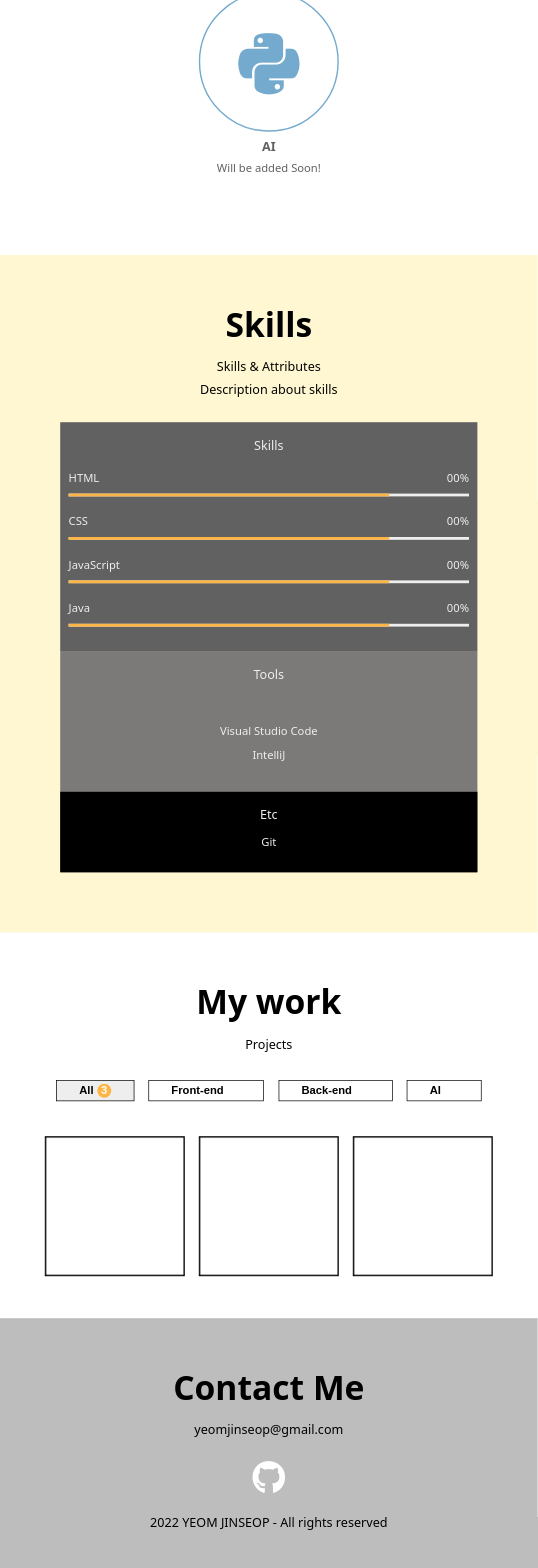
Repository: YEOMJINSEOP/yeomjinseop.github.io
Page: index.html
These files come from the project's save history. The page is drawn as it stood at one moment and after the next save; the edit follows.
The browser window is 768 px wide. The pictures show the part of the page from y = 1463 to 3703 px (the page is 3703 px tall before and 3699 px after), at 70% of full size.
Some web libraries are served in a nearby version.

Above is the page before, as saved 2022-08-18 22:20:02.

### index.html
<!DOCTYPE html>
<html lang="en">
<head>
  <meta charset="UTF-8">
  <meta http-equiv="X-UA-Compatible" content="IE=edge">
  <meta name="viewport" content="width=device-width, initial-scale=1.0">
  <title>Jinseop's Portfolio</title>
  <meta name="author" content="Jinseop Yeom">
  <meta name="description" content="Portfolio Website For Jinseop Yeom">

  <!--Logo Image-->
  <link rel="icon" type="image/png" href="images/favicon.png">


  <!--Font Awesome-->
  <script src="https://kit.fontawesome.com/d24b25bb21.js" crossorigin="anonymous"></script>

  <!--Google Fonts-->
  <link rel="preconnect" href="https://fonts.googleapis.com">
  <link rel="preconnect" href="https://fonts.gstatic.com" crossorigin>
  <link href="https://fonts.googleapis.com/css2?family=Open+Sans:wght@400;600;700&display=swap" rel="stylesheet">

  <!--CSS-->
  <link rel="stylesheet" href="style.css">

  <!--JavaScript-->
  <script src="main.js" defer></script>

</head>
<body>
  <!--Navbar-->
  <nav id="navbar">
    <div class="navbar__logo">
      <i class="fa-solid fa-utensils"></i>
      <a href="#">Yeom JinSeop</a>
    </div>
    <div>
      <ul class="navbar__menu">
        <li class="navbar__menu__item" data-link = "#home">Home</li>
        <li class="navbar__menu__item" data-link = "#about">About</li>
        <li class="navbar__menu__item" data-link = "#skills">Skill</li>
        <li class="navbar__menu__item" data-link = "#work">My work</li>
        <li class="navbar__menu__item" data-link = "#contact">Contact</li>
      </ul>
    </div>

      <!-- Toggle button -->
  <button class="toggle__button">
    <i class="fa-solid fa-bars"></i>
  </button>
  </nav>

  <!-- Home -->
  <section id="home" class="section">
    <div class="home__container">
      <img src="/images/whileimage.png" alt="Jinseop's image" class="home__avatar">
      <h1 class="home__title">Welcome! <br/> Jinseop's Portfolio</h1>
      <h3 class="home__description">Type Home Description Here.</h3>
      <button class="home__button">Contact Me</button>
    </div>
  </section>

  <!--About-->
  <section id="about" class="section">
    <div class="section__container">
      <h1>About me</h1>
      <p>Wrtie about me here.</p>

      <div class="about__majors">

        <div class="major">
          <div class="major__icon">
            <i class="fa-brands fa-html5"></i>
          </div>
          <div class="major__title">
            Front-end
          </div>
          <div class="major__description">
            HTML, CSS, JavaScript
          </div>
        </div>

        <div class="major">
          <div class="major__icon">
            <i class="fa-solid fa-server"></i>
          </div>
          <div class="major__title">
            Back-end
          </div>
          <div class="major__description">
            Java, Spring
          </div>
        </div>


        <div class="major">
          <div class="major__icon">
            <i class="fa-brands fa-python"></i>
          </div>
          <div class="major__title">
            AI
          </div>
          <div class="major__description">
            Will be added Soon!
          </div>
        </div>

      </div>
    </div>
  </section>

  <!--Skills-->
  <section id="skills" class="section">
    <div class="section__container">
      <h1>Skills</h1>
    <h3>Skills & Attributes</h3>
    <p>Description about skills</p>
    <div class="skillset">
      <div class="skillset__left">
        <h3 class="skillset__title">Skills</h3>
        <div class="skill">
          <div class="skill__description">
            <span>HTML</span>
            <span>00%</span>
          </div>

          <div class="skill__bar">
            <div class="skill__value"></div>
          </div>
        </div>

        <div class="skill">
          <div class="skill__description">
            <span>CSS</span>
            <span>00%</span>
          </div>

          <div class="skill__bar">
            <div class="skill__value"></div>
          </div>

          <div class="skill">
            <div class="skill__description">
              <span>JavaScript</span>
              <span>00%</span>
            </div>

            <div class="skill__bar">
              <div class="skill__value"></div>
            </div>
          </div>
        </div>

        <div class="skill">
          <div class="skill__description">
            <span>Java</span>
            <span>00%</span>
          </div>

          <div class="skill__bar">
            <div class="skill__value"></div>
          </div>
        </div>
      </div>

      <div class="skillset__right">
        <div class="tools">
          <h3 class="skillset__title">Tools</h3>
          <ul class="tools__list">
            <li><span>Visual Studio Code</span></li>
            <li><span>IntelliJ</span></li>
          </ul>
        </div>

        <div class="etc">
          <h3 class="skillset__title">Etc</h3>
          <ul class="etc__list">
            <li><span>Git</span></li>
          </ul>
        </div>
      </div>
    </div>
    </div>
  </section>

  <!--Work-->
  <section id="work" class="section">
   <div class="section__container">
    <h1>My work</h1>
    <h3>Projects</h3>
    <div class="work__categories">
      <button class="category__btn active" data-filter="*">All<span class="category__count">3</span></button>
      <button class="category__btn" data-filter="front-end">Front-end<span class="category__count">1</span></button>
      <button class="category__btn" data-filter="back-end">Back-end<span class="category__count">1</span></button>
      <button class="category__btn" data-filter="ai">AI<span class="category__count">1</span></button>
    </div>

    <div class="work__projects">
      <a href="#" class="project" data-type="front-end" target="blank">
        <img src="images/whileimage.png" alt="project image" class="project__image">
        <div class="project__description">
          <h3>Project Name</h3>
          <span>Description about Project</span>
        </div>
      </a>

      <a href="#" class="project" data-type="back-end" target="blank">
        <img src="images/whileimage.png" alt="project image" class="project__image">
        <div class="project__description">
          <h3>Project Name</h3>
          <span>Description about Project</span>
        </div>
      </a>

      <a href="#" class="project" data-type="ai" target="blank">
        <img src="images/whileimage.png" alt="project image" class="project__image">
        <div class="project__description">
          <h3>Project Name</h3>
          <span>Description about Project</span>
        </div>
      </a>
    </div>
   </div>
  </section>

  <!--Testimonial-->
  <!-- <section id="testimonial" class="section">
    <h1>Testimonial</h1>
    <h3>See What They Say About Me</h3>
    <div class="testimonials">
      <div class="testimonial">
        <img src="" alt="Person Image" class="testimonial__avatar">
        <div class="testimonial__speech_bubble">
          <p>Recommendation Talk Here.</p>
          <p class="name"><a href="#">Professor A</a></p>
        </div>
      </div>

      <div class="testimonial">
        <img src="" alt="Person Image" class="testimonial__avatar">
        <div class="testimonial__speech_bubble">
          <p>Recommendation Talk Here.</p>
          <p class="name"><a href="#">Professor A</a></p>
        </div>
      </div>
    </div>
  </section> -->

  <!--Contact-->
  <section id="contact" class="section">
    <h1>Contact Me</h1>
    <h3>yeomjinseop@gmail.com</h3>
    <div class="contact_links">
      <a href="https://github.com/YEOMJINSEOP" target="blank">
        <i class = "fab fa-github"></i>
      </a>
    </div>
    <p class="contact_rights">
      2022 YEOM JINSEOP - All rights reserved
    </p>
  </section>

  <!-- Arrow-up Button -->
  <button class="arrow_up">
    <i class="fa-solid fa-arrow-up"></i>
  </button>
</body>
</html>

### style.css
 /* Global */

 :root{
  /* Color */
  --color-white: #ffffff;
  --color-light-white: #eeeeee;
  --color-dark-white: #bdbdbd;
  --color-pink: #fe918d;
  --color-dark-pink: #ff6863;
  --color-deep-pink: #FF8ACA;
  --color-black: #4d4d4d;
  --color-grey: #616161;
  --color-light-gray: #7c7979;
  --color-blue: #73aace;
  --color-yellow: #fff7d1;
  --color-light-yellow: #FBFAE2;
  --color-orange: #feb546;
  --color-black: #000000;
  --color-yellow-green: #BEEBA9;
  --color-sky-blue: #A9D7EB;
  --color-deep-blue: #4280EB;
  --color-dark-deep-blue: #627BA3;

  /* Font size */
  --font-large: 48px;
  --font-medium: 28px;
  --font-regular: 18px;
  --font-small: 16px;
  --font-micro: 14px;


  /* Font Weight */
  --weight-bold: 700;
  --weight-semi-bold: 600;
  --weight-regular: 400;

  /* Size */
  --size-border-radius: 4px;

  /* Animation */
  --animation-duration: 300ms;

 }

 /* Universal tages */
 * {
  box-sizing: border-box;
 }

 body{
  margin: 0;
  font-family:system-ui, -apple-system, BlinkMacSystemFont, 'Segoe UI', Roboto, Oxygen, Ubuntu, Cantarell, 'Open Sans', 'Helvetica Neue', sans-serif;
  cursor: default;
}

 a{
  text-decoration: none;
  color: var(--color-white);
 }

 ul{
  list-style: none;
  padding-left: 0;
 }

 button{
  background-color: transparent;
  border: none;
  cursor: pointer;
 }



 /* Typography */

 h1{
  font-size: var(--font-large);
  font-weight: var(--weight-bold);
  color: var(--color-black);
  margin: 16px 0;
 }

 h2{
  font-size: var(--font-medium);
  font-weight: var(--weight-semi-bold);
  color: var(--color-black);
  margin: 8px 0;
 }

 h3{
  font-size: var(--font-regular);
  font-weight: var(--weight-regular);
  color: var(--color-black);
  margin: 8px 0;
 }

 p{
  font-size: var(--font-regular);
  font-weight:  var(--font-regular);
  color: var(--color-black);
  margin: 4px 0;
 }

 /* Body  */

 /* Nav */
 #navbar{
  display: flex;
  position: fixed;
  width: 100%;
  justify-content: space-between;
  align-items: center;
  background-color: transparent;
  color: var(--color-white);
  padding: 2px;
  transition: all var(--animation-duration) ease-in-out;
  z-index: 1;
 }

 #navbar.navbar__dark{
  background-color: var(--color-deep-blue);
 }

 .navbar__logo{
  font-size: var(--font-medium);
  font-weight: var(--weight-semi-bold);
  padding: 8px 12px;
 }

 .navbar__menu{
  display: flex;
  font-size: var(--font-small);
  font-weight: var(--weight-regular);
 }

 .navbar__menu__item{
  padding: 8px 12px;
  margin: 0 4px;
  border-radius: var(--size-border-radius);
  cursor: pointer;
  border: 1px solid transparent;
 }

 .navbar__menu__item:hover{
  background-color: var(--color-dark-deep-blue);
  border-color: var(--color-white);
 }

 /* Home */

 #home{
  background-color: var(--color-sky-blue);
  background-position: center;
  background-repeat: no-repeat;
  background-size: cover;
  padding-top: 150px;
  text-align: center;
 }

 .home__avatar{
  border: 2px solid var(--color-white);
  border-radius: 50%;
  width: 200px;
  height: 200px;
 }

 .home__title,
 .home__description{
  font-size: var(--font-medium);
  color: var(--color-white);
  padding: 4px;
 }

 .home__button{
  border: 1px solid var(--color-white);
  padding: 8px 12px;
  margin-top: 8px;
  color: var(--color-white);
 }

.home__button:hover{
  background-color: var(--color-deep-blue);
}

/* Section Common */
.section{
  padding: 50px;
  text-align: center;
}

.section__contatiner{
  max-width: 1200px;
}

/* About */

.about__majors{
  display: flex;
  justify-content: center;
  margin: 8px 12px;
  padding: 12px;
}

.major{
  margin: 8px 24px;
}

.major__icon{
  height: 200px;
  width: 200px;
  font-size: 100px;
  line-height: 200px;
  border: 2px solid var(--color-blue);
  border-radius: 50%;
  color: var(--color-blue);
  margin: 8px 12px;
  transition: all var(--animation-duration) linear;
}

.major__icon:hover{
  color: var(--color-orange);
  border-color: var(--color-orange);
}

.major__icon:hover i{
  transform: scale(120%);
}


.major__title {
  font-size: var(--font-regular);
  font-weight: var(--weight-semi-bold);
  color:var(--color-grey);
  margin: 8px;;
}

.major__description{
  font-size: var(--font-small);
  color: var(--color-grey);
}

.about__jobs{
  margin: 12px 0;
}

.job{
  display: flex;
  align-items: center;
}

.job__logo{
  padding: 8px;
  margin: 4px 12px;
}

.job__name{
  font-size: var(--font-small);
}

.job__description{
  font-size: var(--font-micro);
}

/* Skill */

#skills{
  background-color: var(--color-yellow);
}
.skillset{
  display: flex;
  justify-content: center;
  margin: 12px 12px;
  padding: 24px;
  color: var(--color-light-white);
}

.skillset__left{
  padding: 12px;
  flex-basis: 60%;
  background-color: var(--color-grey);
}

.skill{
  margin: 24px 0;
}

.skill__description{
  display: flex;
  justify-content: space-between;
}

.skillset__title{
  color: var(--color-light-white);
  margin: 8px 0;
}

.skill__bar{
  width: 100%;
  height: 4px;
  background-color: var(--color-light-white);
  margin: 12px 0;
}

.skill__value{
  width: 80%;
  /* width는 html에 style로 넣어서 각각 지정하기! */
  height: 4px;
  background-color: var(--color-orange);
}


.skillset__right{
  flex-basis:40%;
  background-color: var(--color-light-gray);
}

.tools{
  padding: 12px;
  height:200px;
}

.tools__list{
  padding: 30px 0;
}

.tools__list li{
  margin: 12px;
}


.etc{
  background-color: var(--color-black);
  height: 115px;
  padding: 12px;
}

/* Work */

.work__categories{
  margin: 24px 0 ;
  padding: 12px 0;
}

.category__btn{
  border: 1px solid var(--color-black);
  background-color: var(--color-white);
  padding: 4px 32px;
  margin: 4px 8px;
  font-size: var(--font-small);
  font-weight: var(--weight-semi-bold);
}

.category__btn.active{
  background-color: var(--color-light-white);
}

.category__btn.active .category__count{
  opacity: 1;
  transform: translateY(0);
}

.category__btn:hover {
  background-color: var(--color-light-white);
}

.category__btn:hover .category__count{
  opacity: 1;
  transform: translateY(0);
}

.category__count{
  width:  20px;
  height: 20px;
  line-height: 20px;
  color: var(--color-white);
  margin-left: 5px;
  background-color: var(--color-orange);
  display: inline-block;
  border-radius: 50%;
  opacity: 0;
  transition: all var(--animation-duration) ease-in;
  transform: translateY(-10px);
}

.work__projects{
  display: flex;
  flex-wrap:wrap;
  align-items: center;
  justify-content: center;
  opacity: 1;
  transition: all var(--animation-duration) ease-out;
}

.work__projects.anim-out{
  opacity: 0;
  transform: scale(0.96) translateY(40px);
}

.project__image{
  width: 100%;
  height: 100%;
}

.project{
  position: relative;
  width: 200px;
  height: 200px;
  margin: 10px;
}

.project.invisible{
  display: none;
}

.project__description{
  position: absolute;
  top:0px;
  left:0px;
  background-color: var(--color-grey);
  width: 100%;
  height: 100%;
  display: flex;
  flex-direction: column;
  justify-content: center;
  opacity: 0;
  transition: all var(--animation-duration) ease-in;
  transform: translateY(-10px);
}

.project__description h3{
  color: var(--color-orange);
}

.project__description h3:after{
  content: " ";
  display: block;
  position: relative;
  left: 38%;
  width: 70px;
  height: 2px;
  margin-top: 8px;
  margin-left: -8px;
  background-color: var(--color-white);
}

.project__description:hover{
  opacity: 0.8;
  transform: translateY(0);
}

/* Contact */

#contact{
  background-color: var(--color-dark-white);
}

.contact_links{
  padding: 24px 0;
}

.contact_links i{
  font-size: var(--font-large);
  color: var(--color-white);

}

.contact_links i:hover{
  color: var(--color-yellow);
  transform: scale(120%);
}

.toggle__button{
  position: absolute;
  top: 12px;
  right: 36px;
  font-size: var(--font-medium);
  color: var(--color-white);
  display: none;
}

/* Arrow-up Button */
.arrow_up{
  width: 40px;
  height: 40px;
  font-size: var(--font-regular);
  color: var(--color-white);
  border-radius: 50%;
  background-color: var(--color-deep-blue);
  position: fixed;
  top: 90%;
  left: 93%;
  opacity: 0;
  pointer-events: none;
  transition: opacity var(--animation-duration) linear;
}

.arrow_up.visible{
  opacity: 1;
  pointer-events: auto;
}

@media screen and (max-width: 768px) {
  /* Navbar */
  #navbar{
    display: flex;
    flex-direction: column;
    background-color: var(--color-deep-blue);
  }

  .toggle__button{
    display: block;
  }

  .navbar__menu{
    width: 100%;
    display: None;
    text-align: center;
  }

  .navbar__menu.visible{
    display: flex;
    flex-direction: column;
  }
  /* About */
  .about__majors{
    display: flex;
    flex-direction: column;
    align-items: center;
    margin-bottom: 4px;
  }
  .major{
    margin: 0;
    margin-bottom: 48px;
  }

  /* Skills */

  .skillset{
    display: flex;
    flex-direction: column;
  }
}

### main.js
'use strict';

// Make navbar transparent when it is on the top.

const navbar = document.querySelector('#navbar');
const navbarHeight = navbar.getBoundingClientRect().height;

document.addEventListener('scroll', () => {
  // toggle button menu remove when scrolling
  navbarMenu.classList.remove('visible');

    if(scrollY > navbarHeight){
      navbar.classList.add('navbar__dark');
    } else {
      navbar.classList.remove('navbar__dark');
    }
  })

// Handle scrolling when tap the navbar menu.
const navbarMenu = document.querySelector('.navbar__menu');

navbarMenu.addEventListener('click', (event) => {

  const target = event.target
  const targetLink = event.target.dataset.link;

  if(targetLink == null){
    return;
  } else {
    scrollIntoView(targetLink);
  }
})

// Handle scrolling when tap the contact me button.

const homeButton = document.querySelector('.home__button');

homeButton.addEventListener('click', () => {
  scrollIntoView('#contact');
})


// Make transparent home when scrolling

const home = document.querySelector('#home');
const homeContainer = document.querySelector('.home__container');
const homeHeight = home.getBoundingClientRect().height;
document.addEventListener('scroll', () => {
  homeContainer.style.opacity = 1 - window.scrollY/homeHeight;
})

// Arrow-up Button
// Visible when Scrolled Down
document.addEventListener('scroll', () => {
  if(window.scrollY > homeHeight/2){
    arrowUpBtn.classList.add('visible');
  } else{
    arrowUpBtn.classList.remove('visible');
  }
})

// Scrolling Top When Clicked.
const arrowUpBtn = document.querySelector('.arrow_up');
arrowUpBtn.addEventListener('click', () => {
  window.scrollTo({
    top: 0,
    left: 0,
    behavior: 'smooth'});
})

// Project Filtering when button clicked
const projectBtnContainer = document.querySelector('.work__categories');
const projectContainer = document.querySelector('.work__projects');
const projects = document.querySelectorAll('.project');

projectBtnContainer.addEventListener('click', (e) => {
  const filter = e.target.dataset.filter || e.target.parentNode.dataset.filter;

  // Remove selection from the previous item and select the new one
  const active = document.querySelector('.category__btn.active');
  active.classList.remove('active');
  const target =
    e.target.nodeName === 'BUTTON' ? e.target : e.target.parentNode;
  target.classList.add('active');

  projectContainer.classList.add('anim-out');
  setTimeout(()=>{
    projects.forEach((project) => {
      if(filter == null){
        return;
      }
      if(filter === '*' || filter === project.dataset.type){
        project.classList.remove('invisible');
      } else{
        project.classList.add('invisible');
      }

    })
    projectContainer.classList.remove('anim-out');
  }, 300)
})

// Navbar Toggle Button in Small Screen

const toggleBtn = document.querySelector('.toggle__button');
toggleBtn.addEventListener('click', () => {
  navbarMenu.classList.toggle('visible');
})

//Functions
function scrollIntoView(selector){
  const scrollTo = document.querySelector(selector);
  scrollTo.scrollIntoView({behavior: 'smooth'});
}

After the next save:
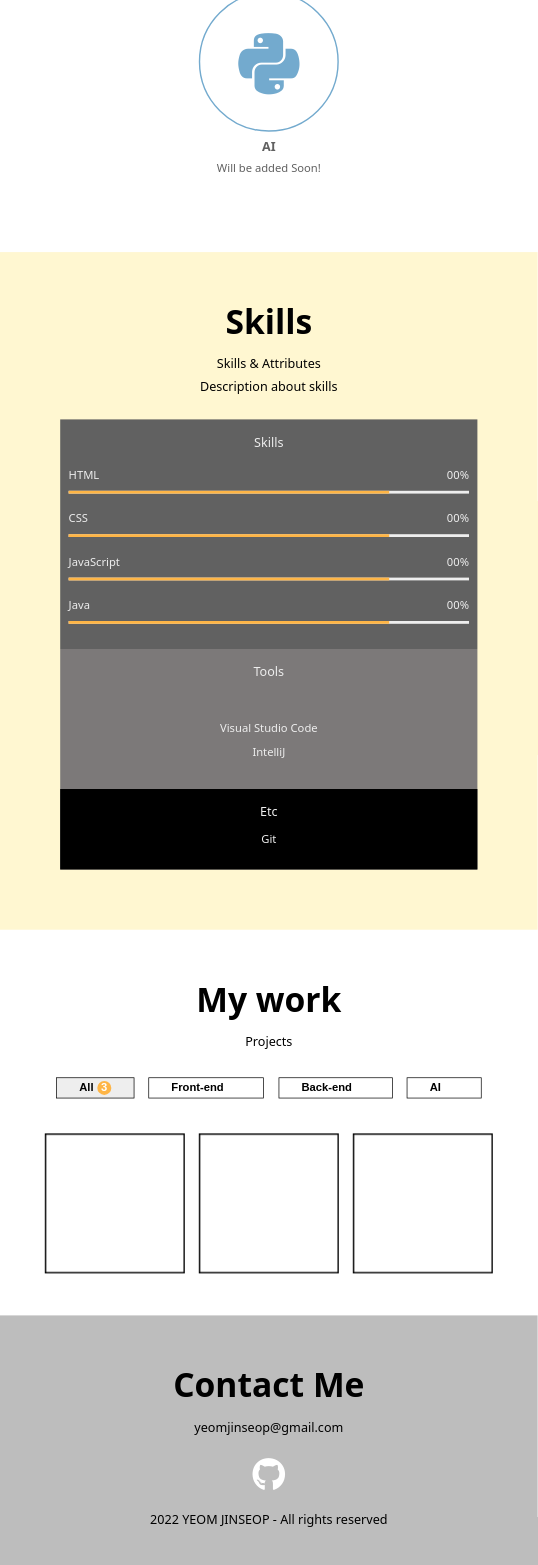
Saved 19 s later.
--- a/style.css
+++ b/style.css
@@ -526,7 +526,7 @@
     display: flex;
     flex-direction: column;
     align-items: center;
-    margin-bottom: 4px;
+    padding-bottom: 4px;
   }
   .major{
     margin: 0;
